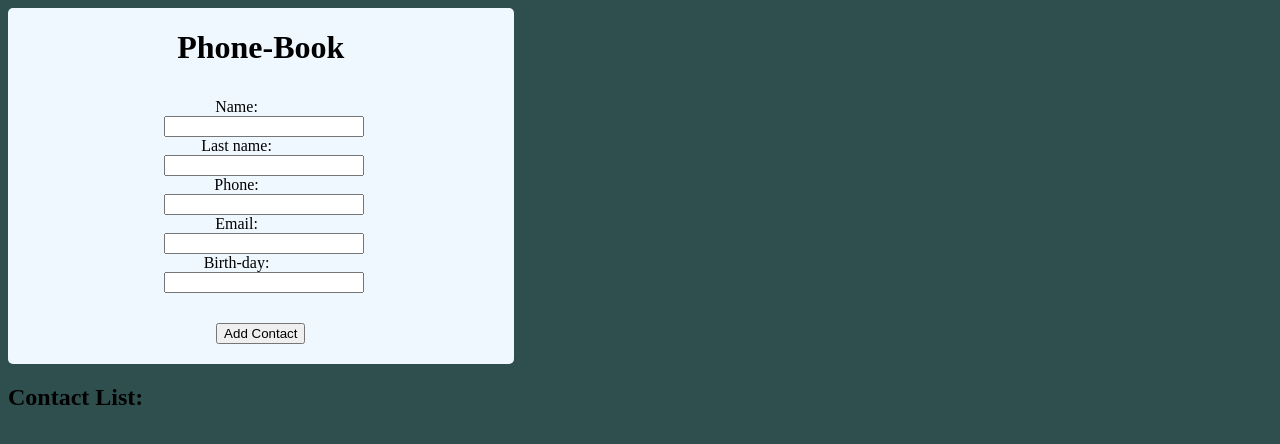
Repository: STA1357/Phone-book
Page: Inner.html
These files come from the project's save history. The page is drawn as it stood at one moment and after the next save; the edit follows.
The browser window is 1280 px wide. The pictures show the whole page.

Above is the page before, as saved 2020-12-08 10:00:20.

After the next save:
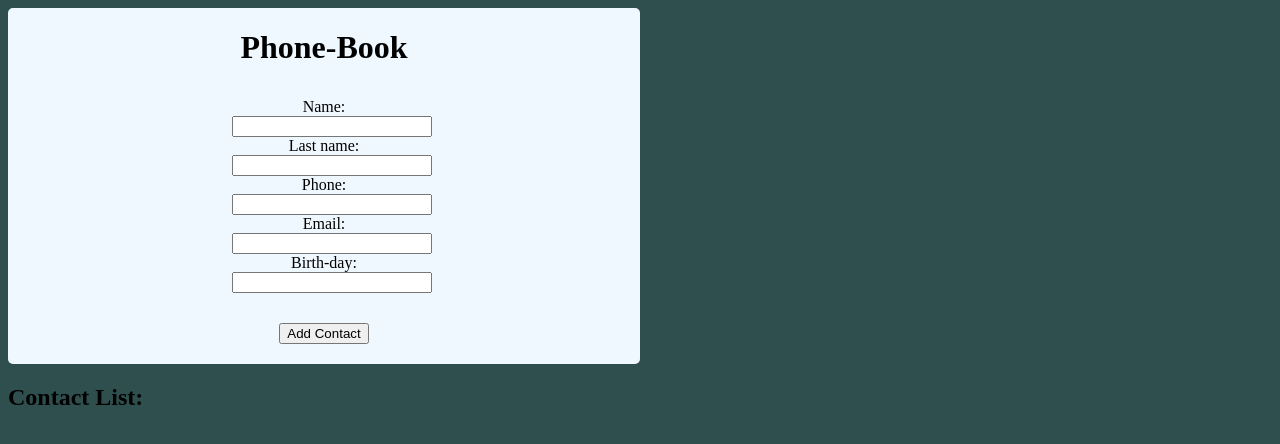
Saved 10 s later.
--- a/styles.css
+++ b/styles.css
@@ -11,7 +11,7 @@ body{
 form{
     background-color: aliceblue;
     border-radius: 5px;
-    width: 40%;
+    width: 50%;
 }
 header{
     text-align: center;
@@ -24,7 +24,7 @@ main{
 }
 
 .container{
-    margin-left: 30%;
+    margin-left: 35%;
     text-align: center;
     width: 30%;
 }
